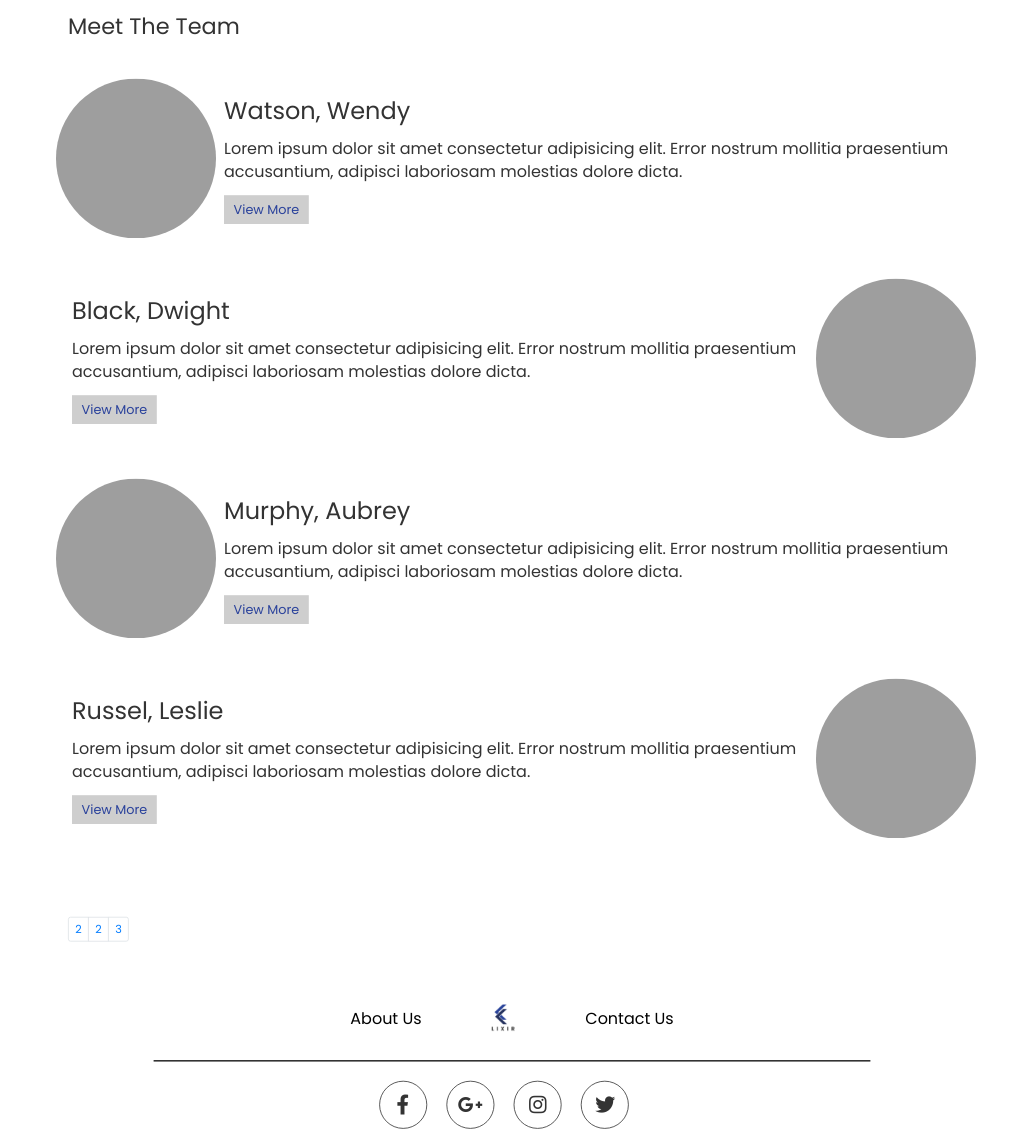
Repository: phiiileo/lit-page
Page: team-page.html
These files come from the project's save history. The page is drawn as it stood at one moment and after a run of saves; the edit follows.
The browser window is 1280 px wide. The pictures show the whole page, at 80% of full size.
Pictures or frames that could not be fetched are drawn as grey boxes. Some web libraries are served in a nearby version.

Above is the page before, as saved 2019-12-04 21:59:21.

After the next 6 saves:
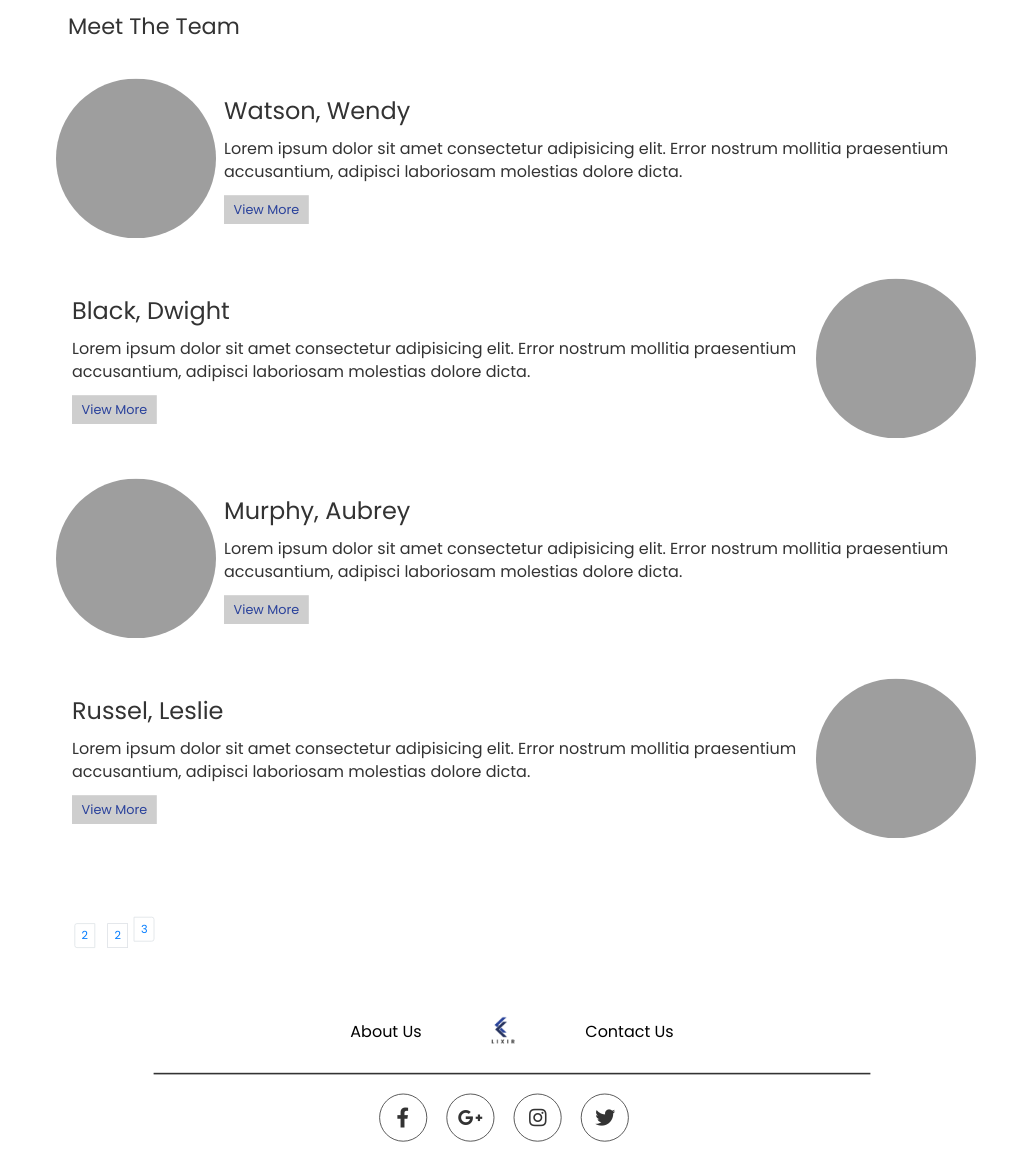
The 6 saves are shown as one change because they came seconds apart.
The last was saved 16 s later.
--- a/team-page.html
+++ b/team-page.html
@@ -109,8 +109,8 @@
 
     <nav aria-label="...">
         <ul class="pagination pagination-sm">
-            <li class="page-item"><a class="page-link" href="#">2</a></li>
-            <li class="page-item"><a class="page-link" href="#">2</a></li>
+            <li class="page-item m-2"><a class="page-link" href="#">2</a></li>
+            <li class="page-item m-2"><a class="page-link" href="#">2</a></li>
             <li class="page-item"><a class="page-link" href="#">3</a></li>
         </ul>
     </nav>
